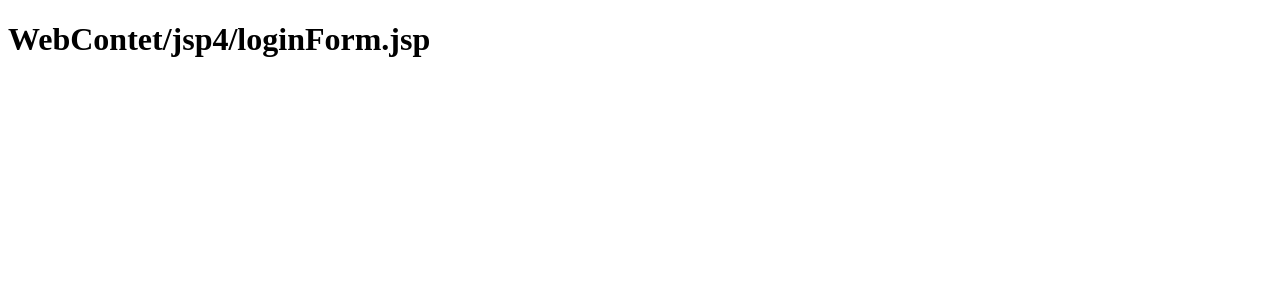
Repository: ReadStar/workspace_jsp
Page: http://localhost/StudyJSP/jsp4/loginForm.jsp
These files come from the project's save history. The page is drawn as it stood at one moment and after the next save; the edit follows.
The browser window is 1280 px wide. The pictures show the whole page.
The page is served by Tomcat 9.

Above is the page before, as saved 2020-08-25 07:00:10.

After the next save:
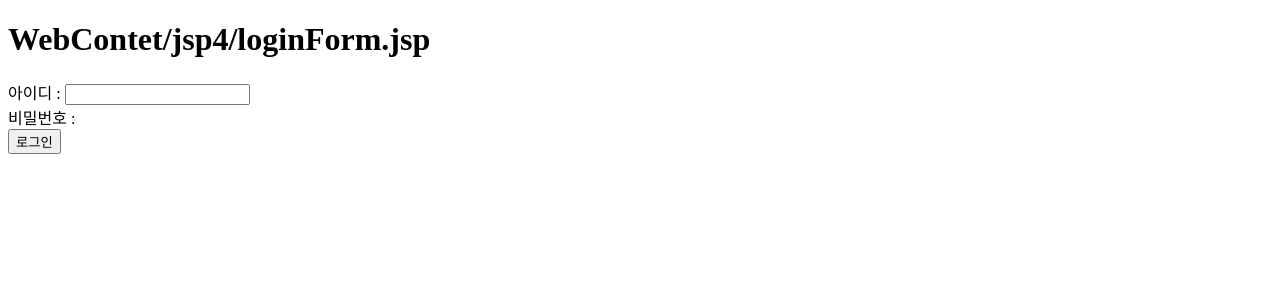
Saved 39 s later.
--- a/StudyJSP/WebContent/jsp4/loginForm.jsp
+++ b/StudyJSP/WebContent/jsp4/loginForm.jsp
@@ -9,7 +9,9 @@
 <body>
 <h1>WebContet/jsp4/loginForm.jsp</h1>
 <form action="loginPro.jsp" method="post">
-
+아이디 : <input type="text" name="id"><br>
+비밀번호 : <inpuy type="text" name="pass"><br>
+<input type="submit" value="로그인">
 </form>
 </body>
 </html>
